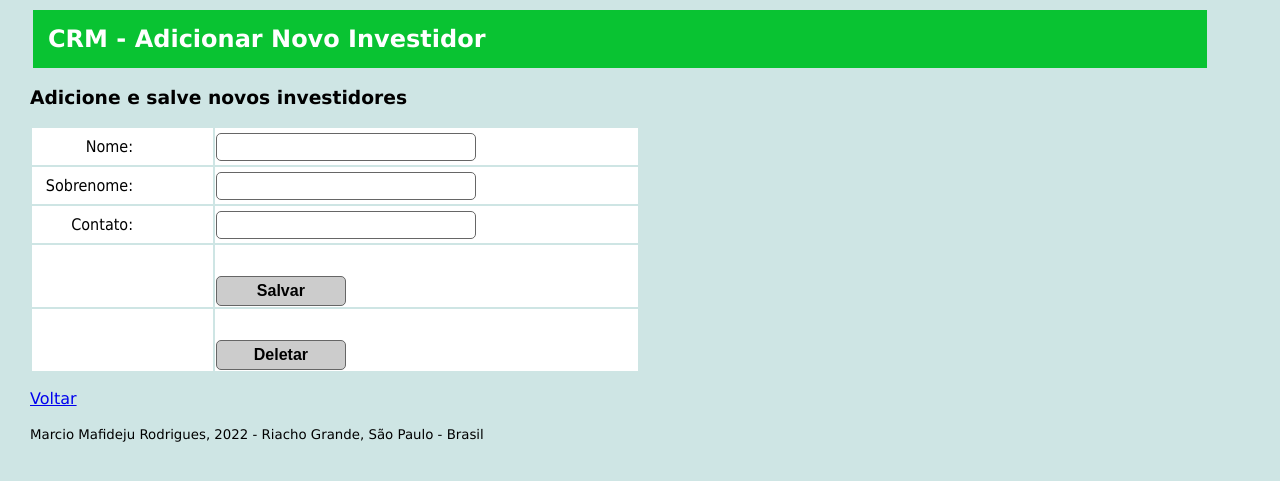
Repository: mafideju/CustomerTracker
Page: http://localhost/web-customer-tracker/WEB-INF/view/customer-form.jsp
These files come from the project's save history. The page is drawn as it stood at one moment and after the next save; the edit follows.
The browser window is 1280 px wide. The pictures show the whole page.
The page is served by Tomcat 9. Nobody is signed in. Other server files are loaded and not shown. The template is opened directly, without the code that normally fills it, so the values that code supplies are empty.

Above is the page before, as saved 2022-01-27 13:57:21.

### web-customer-tracker/WebContent/WEB-INF/view/customer-form.jsp
<%@ taglib uri="http://www.springframework.org/tags/form" prefix="form" %>

<!DOCTYPE html>
<html>
	<head>
		<title>Salvar Investidores</title>
		<link type="text/css" rel="stylesheet" href="${pageContext.request.contextPath}/resources/css/style.css">
		<link type="text/css" rel="stylesheet" href="${pageContext.request.contextPath}/resources/css/add-customer-style.css">
	</head>

	<body>
		<main>

			<div id="wrapper">
				<div id="header">
					<h2>CRM - Adicionar Novo Investidor</h2>
				</div>
			</div>

			<div id="container">

				<h3>Adicione e salve novos investidores</h3>
				<form:form action="saveCustomer" modelAttribute="customer" method="POST">
				<form:hidden path="id" />

					<table>
						<tbody>
							<tr>
								<td><label>Nome: </label></td>
								<td><form:input path="firstName"/></td>
							</tr>
							<tr>
								<td><label>Sobrenome: </label></td>
								<td><form:input path="lastName"/></td>
							</tr>
							<tr>
								<td><label>Contato: </label></td>
								<td><form:input path="email"/></td>
							</tr>
							<tr>
								<td><label></label></td>
								<td><input type="submit" value="Salvar" class="save" /></td>
							</tr>
							<tr>
								<td><label></label></td>
								<td><input type="submit" value="Deletar" class="save" /></td>
							</tr>
						</tbody>
					</table>
				</form:form>
				<div style="clear; both"></div>
				<p><a href="${pageContext.request.contextPath}/customer/list">Voltar</a></p>
			</div>

		</main>
		<footer>
			<small>Marcio Mafideju Rodrigues, 2022 - Riacho Grande, São Paulo - Brasil</small>
		</footer>
	</body>
</html>

### web-customer-tracker/WebContent/resources/css/style.css
html, body{
	margin-left:15px;
	margin-right:15px;
	padding:0px;
	font-family:Verdana, Arial, Helvetica, sans-serif;
	background-color: #cee5e4;
}

table {
	border-radius: 15px;
	border-bottom:1px solid gray;
	font-family: Tahoma,Verdana,Segoe,sans-serif;
	width:100%;
}

th {
	border-bottom:1px solid gray;
	background:none repeat scroll 0 0 #09c332;
	padding:10px;
	color: #FFFFFF;
	border-radius: 5px;
}

tr {
	border-top:1px solid gray;
	text-align:center;
}

tr:nth-child(even) {background: #FFFFFF;}
tr:nth-child(odd) {background: #BBBBBB;}

.add-button {
	border: 1px solid #666;
	border-radius: 5px;
	padding: 4px;
	font-size: 12px;
	font-weight: bold;
	width: 120px;
	padding: 5px 10px;
	margin-bottom: 15px;
	background: #cccccc;
}

#wrapper {
	width: 100%;
	margin-top: 0px;
}

#header {
	width: 95%;
	background: #09c332;
	margin-left: 3px;
	margin-top: 10px;
	padding:15px 0px 15px 15px;
}

#header h2 {
	width: 100%;
	margin:auto;
	color: #FFFFFF;
}

#container {
	width: 100%;
	margin: auto
}

#container h3 {
	color: #000;
}

#container #content {
	margin-top: 10px;
}

Loaded but not shown: web-customer-tracker/WebContent/resources/css/add-customer-style.css (common file)

After the next save:
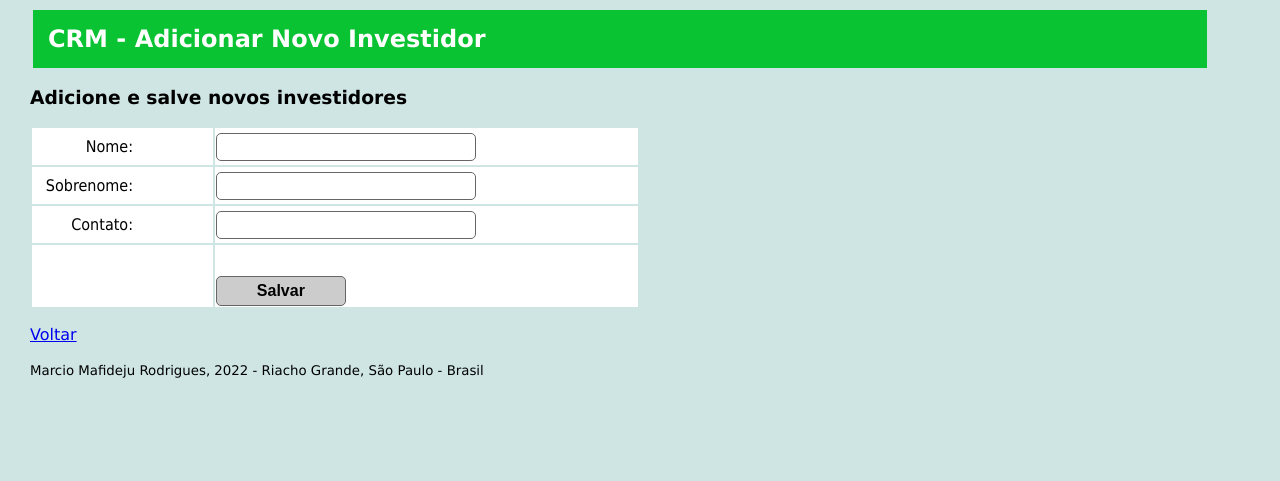
Saved 49 s later.
--- a/web-customer-tracker/WebContent/WEB-INF/view/customer-form.jsp
+++ b/web-customer-tracker/WebContent/WEB-INF/view/customer-form.jsp
@@ -41,10 +41,7 @@
 								<td><label></label></td>
 								<td><input type="submit" value="Salvar" class="save" /></td>
 							</tr>
-							<tr>
-								<td><label></label></td>
-								<td><input type="submit" value="Deletar" class="save" /></td>
-							</tr>
+
 						</tbody>
 					</table>
 				</form:form>
